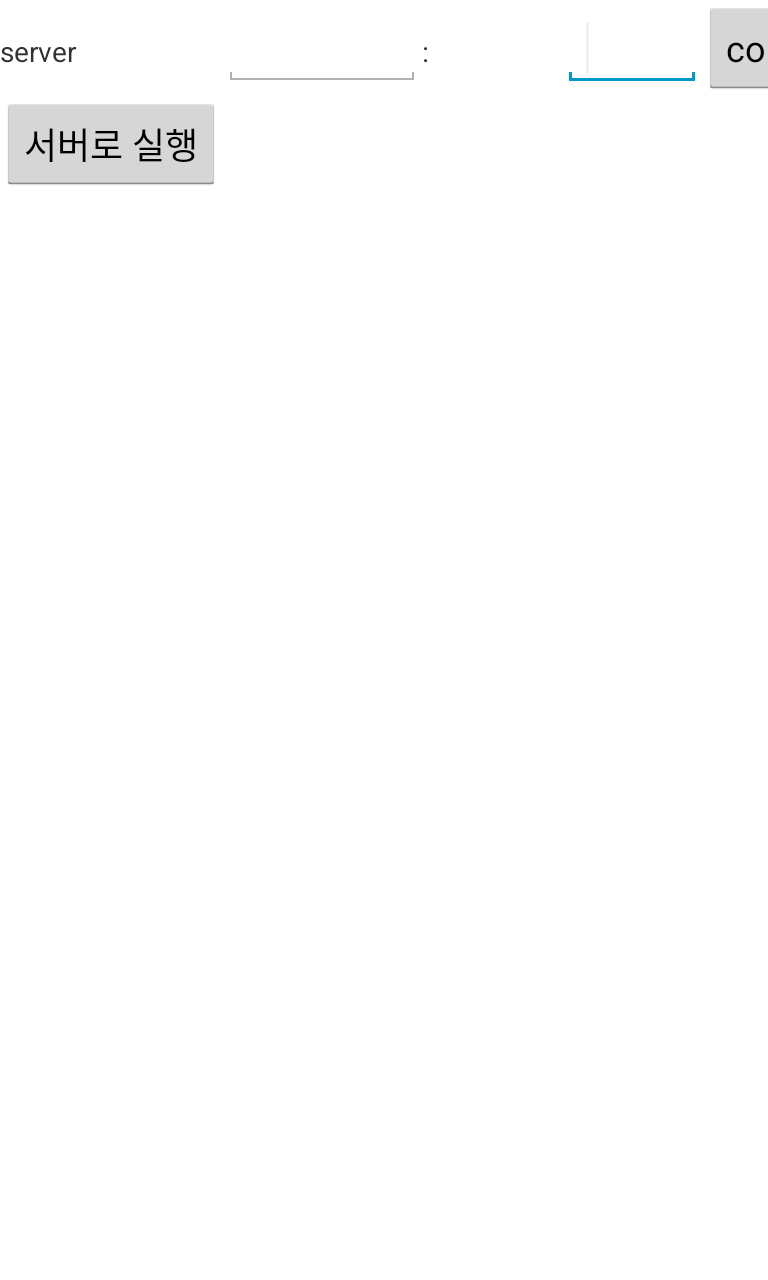
Repository: supremehappy/Android
Layout: MessengerTest/res/layout/activity_main.xml
An editor plug-in stored every save of this project. The layout is shown before and after the next save, followed by the edit.
It is drawn on a 768 x 1280 px phone screen (xhdpi) without system bars, with theme AppTheme; the app's code is not run.

Above is the layout before, as saved 2017-09-04 07:26:01.

After the next save:
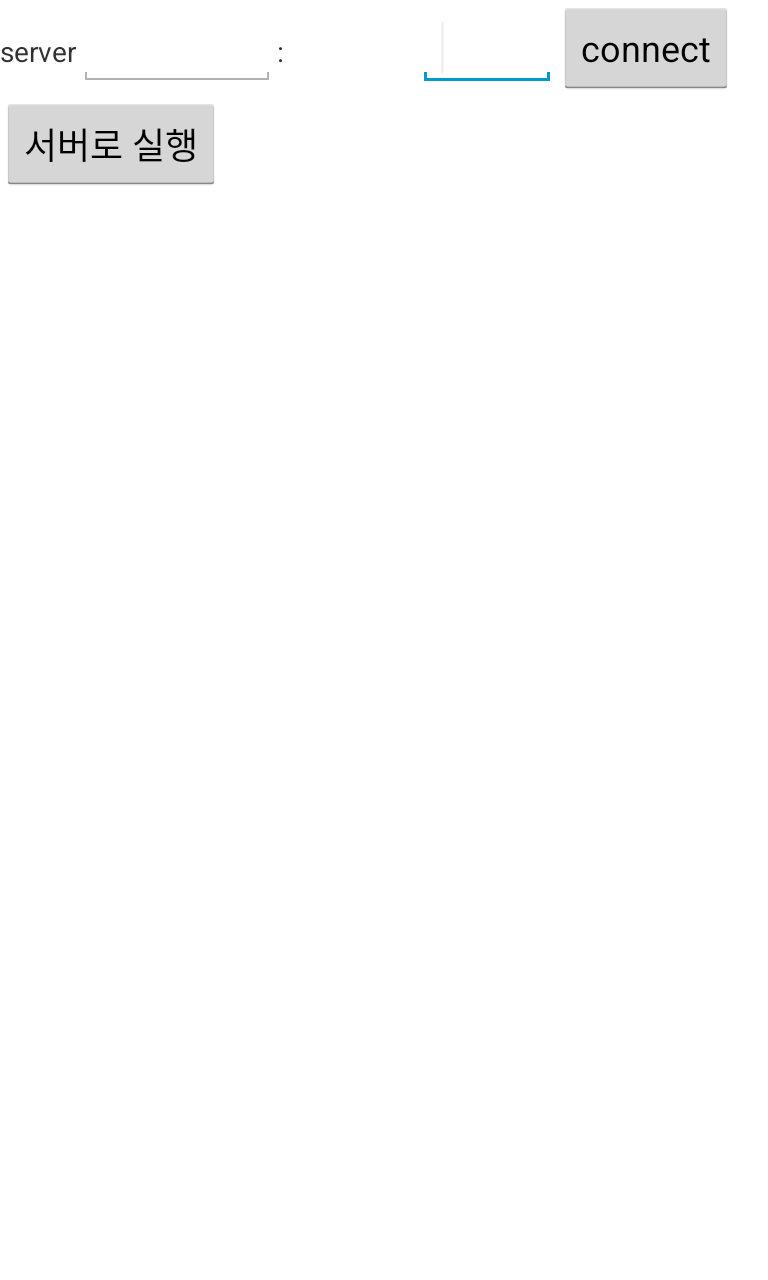
Saved 52 s later.
--- a/MessengerTest/res/layout/activity_main.xml
+++ b/MessengerTest/res/layout/activity_main.xml
@@ -52,19 +52,18 @@
                 android:text="@string/c" />
 
         </TableRow>
-
-        <TableRow
-            android:id="@+id/tableRow2"
-            android:layout_width="wrap_content"
-            android:layout_height="wrap_content" >
-
-            <Button
-                android:id="@+id/run_as_server"
-                android:layout_width="wrap_content"
-                android:layout_height="wrap_content"
-                android:text="@string/server1" />
-
-        </TableRow>
     </TableLayout>
 
+    <TableRow
+        android:id="@+id/tableRow2"
+        android:layout_width="wrap_content"
+        android:layout_height="wrap_content" >
+
+        <Button
+            android:id="@+id/run_as_server"
+            android:layout_width="wrap_content"
+            android:layout_height="wrap_content"
+            android:text="@string/server1" />
+    </TableRow>
+
 </LinearLayout>
